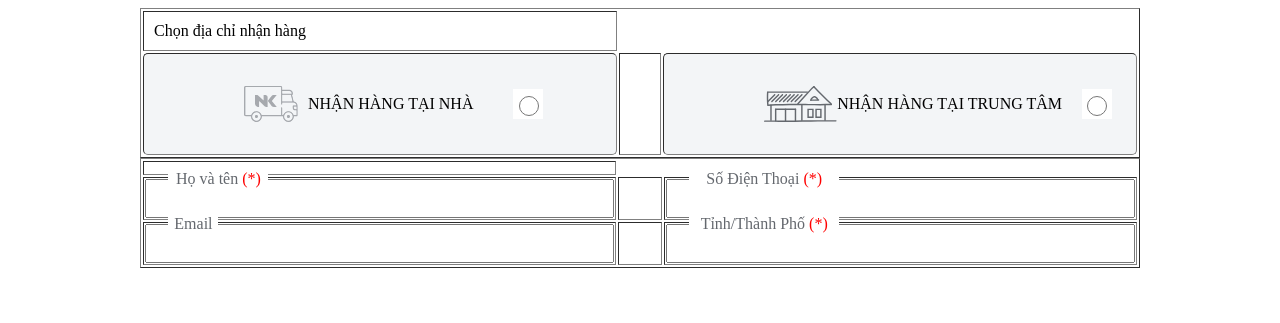
Repository: Tan-Khang21/TH_TKW--Buoi_04
Page: Bai_Tap_Tren_Lop/Bai_03/Bai_03.html
The author's editor kept a copy of each file at every save. The page is drawn from the files as they stood at one save, then again after the next save.
The browser window is 1280 px wide. The pictures show the whole page.

Above is the page before, as saved 2024-03-08 20:51:42.

After the next save:
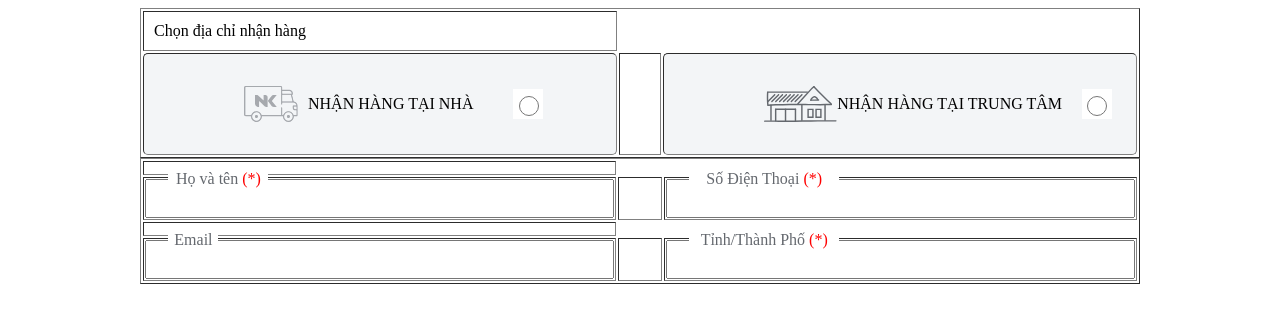
Saved 36 s later.
--- a/Bai_Tap_Tren_Lop/Bai_03/Bai_03.html
+++ b/Bai_Tap_Tren_Lop/Bai_03/Bai_03.html
@@ -407,6 +407,9 @@
           </td>
         </tr>
         <tr>
+          <td style="height: 10px;"></td>
+        </tr>
+        <tr>
 
           <td style="width: 475px;">
             <div style="position: relative;"><span style="color:#64686E ; text-align: center; width: 50px; background-color: white; position: absolute; left: 5%; transform: translateY(-50%);"> Email
